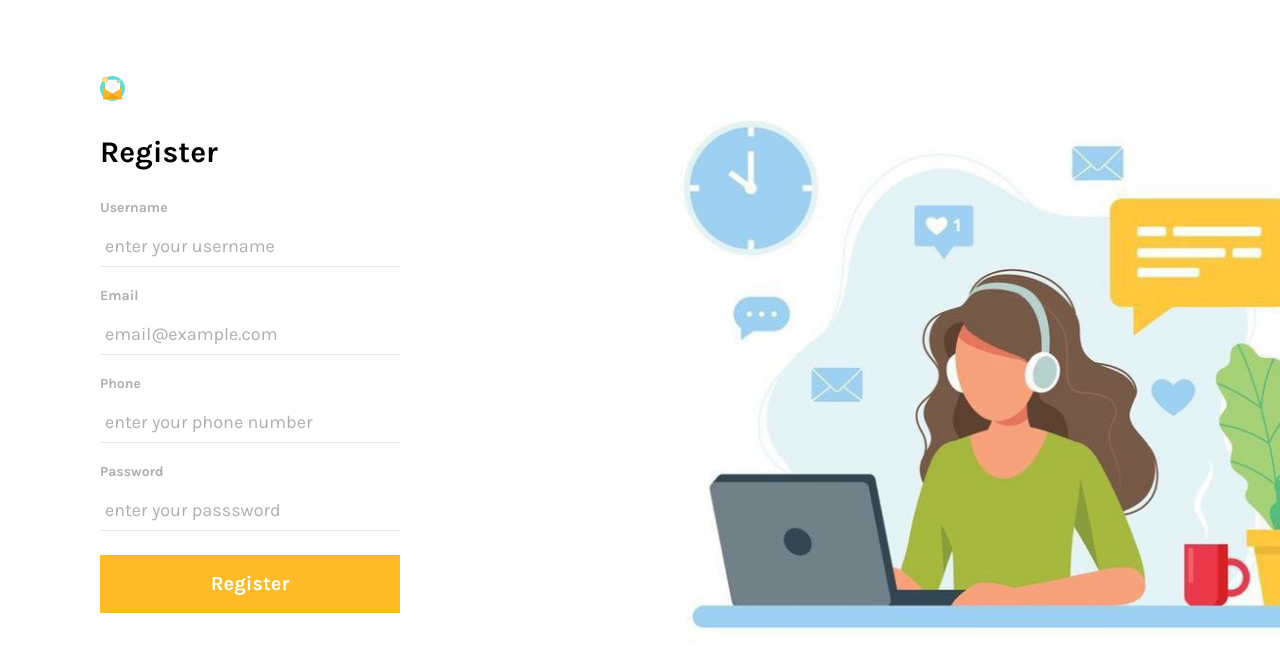
Repository: sara55m/Login
Page: http://localhost/register
These files come from the project's save history. The page is drawn as it stood at one moment and after the next save; the edit follows.
The browser window is 1280 px wide. The pictures show the whole page.
Some web libraries are served in a nearby version. The page is served by the project's Laravel application, run on PHP 8.4 with Laravel 10. Other server files are loaded and not shown.

Above is the page before, as saved 2024-03-18 08:09:55.

### routes/web.php
<?php

use Illuminate\Support\Facades\Route;
use App\Http\Controllers\RegisterController;
use App\Http\Controllers\LoginController;

/*
|--------------------------------------------------------------------------
| Web Routes
|--------------------------------------------------------------------------
|
| Here is where you can register web routes for your application. These
| routes are loaded by the RouteServiceProvider and all of them will
| be assigned to the "web" middleware group. Make something great!
|
*/

Route::get('/welcome', function () {
    return view('welcome');
});


Route::get('/register', [RegisterController::class,'create']);


Route::post('/register/store', [RegisterController::class,'store']);

Route::get('/login', [LoginController::class,'create']);

Route::post('/login/store', [LoginController::class,'store']);

### app/Http/Controllers/RegisterController.php
<?php

namespace App\Http\Controllers;

use Illuminate\Http\Request;
use App\Models\User;

class RegisterController extends Controller
{
    public function create(){
        return view('register');
    }
    public function store(Request $request){
        $input=$request->all();
        $validateData=$request->validate([
            'username'=>'required|max:255',
            'email'=>'required|unique:users,email|max:255',
            'phone'=>'required|max_digits:11',
            'password'=>'required'
        ]);

        User::create([

            'username'=>$request->username,
            'email'=>$request->email,
            'phone'=>$request->phone,
            'password'=>$request->password

        ]);
        session()->flash('Add','Your Account Was Successfully Created');


        return redirect('/register');


    }
}

### resources/views/register.blade.php
<!DOCTYPE html>
<html lang="en">
<head>
  <meta charset="UTF-8">
  <meta name="viewport" content="width=device-width, initial-scale=1.0">
  <meta http-equiv="X-UA-Compatible" content="ie=edge">
  <title>Register Page</title>
  <link href="https://fonts.googleapis.com/css?family=Karla:400,700&display=swap" rel="stylesheet">
  <link rel="stylesheet" href="https://cdn.materialdesignicons.com/4.8.95/css/materialdesignicons.min.css">
  <link rel="stylesheet" href="https://stackpath.bootstrapcdn.com/bootstrap/4.4.1/css/bootstrap.min.css">
  <link rel="stylesheet" href="assets/css/register.css">
</head>
<body>


              @if($errors->any())
              <div class="alert alert-danger">
                <ul>
                  @foreach ($errors->all() as $error )
                  <li>{{$error}}</li>
                  @endforeach
                </ul>
              </div>
              @endif

              @if(session()->has('Add'))
<div class="alert alert-success alert-dismissible fade show" role="alert">
	<strong>{{session()->get('Add')}}</strong>
	<button type="button" class="close" data-dismiss="alert" aria-label="Close">
		<span aria-hidden="true">&times;</span>
	</button>
</div>
@endif


<main>
  <div class="container-fluid">
    <div class="row">
      <div class="col-sm-6 login-section-wrapper">
        <div class="brand-wrapper">
          <img src="assets/images/email.svg" alt="logo" class="logo">
        </div>
        <div class="login-wrapper my-auto">
          <h1 class="login-title">Register</h1>
          <form action="/register/store" method="post">
            @csrf

            <div class="form-group">
              <label for="username">Username</label>
              <input type="text" name="username" id="username" class="form-control" placeholder="enter your username">
            </div>
            <div class="form-group">
              <label for="email">Email</label>
              <input type="email" name="email" id="email" class="form-control" placeholder="email@example.com">
            </div>

            <div class="form-group">
              <label for="phone">Phone</label>
              <input type="text" name="phone" id="phone" class="form-control" placeholder="enter your phone number">
            </div>
            <div class="form-group mb-4">
              <label for="password">Password</label>
              <input type="password" name="password" id="password" class="form-control" placeholder="enter your passsword">
            </div>
            <input name="register" id="register" class="btn btn-block login-btn" type="button" value="Register">
          </form>


        </div>
      </div>
      <div class="col-sm-6 px-0 d-none d-sm-block">
        <img src="assets/images/login2.jpg" alt="register image" class="login-img">
      </div>
    </div>
  </div>
</main>
<script src="https://code.jquery.com/jquery-3.4.1.min.js"></script>
<script src="https://cdn.jsdelivr.net/npm/popper.js@1.16.0/dist/umd/popper.min.js"></script>
<script src="https://stackpath.bootstrapcdn.com/bootstrap/4.4.1/js/bootstrap.min.js"></script>
</body>
</html>









              {{-- <form action="/register/store" method="post">
                @csrf
                <div class="form-group">
                    <label for="username" class="sr-only">Username</label>
                    <input type="text" name="username" id="username" class="form-control" placeholder="Username">

                  </div>
                  <div class="form-group">
                    <label for="email" class="sr-only">Email</label>
                    <input type="email" name="email" id="email" class="form-control" placeholder="Email address">
                  </div>

                  <div class="form-group">
                    <label for="phone" class="sr-only">Phone</label>
                    <input type="text" name="phone" id="phone" class="form-control" placeholder="Phone Number">
                  </div>
                  <div class="form-group mb-4">
                    <label for="password" class="sr-only">Password</label>
                    <input type="password" name="password" id="password" class="form-control" placeholder="***********">
                  </div>
                  <button type="submit" class="btn btn-primary" name="register">Register</button>
                </form>



                </nav>
                @endsection --}}

### public/assets/css/register.css
body {
  font-family: "Karla", sans-serif;
  background-color: #fff;
  min-height: 100vh; }

.brand-wrapper {
  padding-top: 7px;
  padding-bottom: 8px; }
  .brand-wrapper .logo {
    height: 25px; }

.login-section-wrapper {
  display: -webkit-box;
  display: flex;
  -webkit-box-orient: vertical;
  -webkit-box-direction: normal;
          flex-direction: column;
  padding: 68px 100px;
  background-color: #fff; }
  @media (max-width: 991px) {
    .login-section-wrapper {
      padding-left: 50px;
      padding-right: 50px; } }
  @media (max-width: 575px) {
    .login-section-wrapper {
      padding-top: 20px;
      padding-bottom: 20px;
      min-height: 100vh; } }

.login-wrapper {
  width: 300px;
  max-width: 100%;
  padding-top: 24px;
  padding-bottom: 24px; }
  @media (max-width: 575px) {
    .login-wrapper {
      width: 100%; } }
  .login-wrapper label {
    font-size: 14px;
    font-weight: bold;
    color: #b0adad; }
  .login-wrapper .form-control {
    border: none;
    border-bottom: 1px solid #e7e7e7;
    border-radius: 0;
    padding: 9px 5px;
    min-height: 40px;
    font-size: 18px;
    font-weight: normal; }
    .login-wrapper .form-control::-webkit-input-placeholder {
      color: #b0adad; }
    .login-wrapper .form-control::-moz-placeholder {
      color: #b0adad; }
    .login-wrapper .form-control:-ms-input-placeholder {
      color: #b0adad; }
    .login-wrapper .form-control::-ms-input-placeholder {
      color: #b0adad; }
    .login-wrapper .form-control::placeholder {
      color: #b0adad; }
  .login-wrapper .login-btn {
    padding: 13px 20px;
    background-color: #fdbb28;
    border-radius: 0;
    font-size: 20px;
    font-weight: bold;
    color: #fff;
    margin-bottom: 14px; }
    .login-wrapper .login-btn:hover {
      border: 1px solid #fdbb28;
      background-color: #fff;
      color: #fdbb28; }
  .login-wrapper a.forgot-password-link {
    color: #080808;
    font-size: 14px;
    text-decoration: underline;
    display: inline-block;
    margin-bottom: 54px; }
    @media (max-width: 575px) {
      .login-wrapper a.forgot-password-link {
        margin-bottom: 16px; } }
  .login-wrapper-footer-text {
    font-size: 16px;
    color: #000;
    margin-bottom: 0; }

.login-title {
  font-size: 30px;
  color: #000;
  font-weight: bold;
  margin-bottom: 25px; }

.login-img {
  width: 100%;
  height: 100vh;
  -o-object-fit: cover;
     object-fit: cover;
  -o-object-position: left;
     object-position: left; }

/*# sourceMappingURL=login.css.map */

### public/assets/images/email.svg
<?xml version="1.0" encoding="iso-8859-1"?>
<!-- Generator: Adobe Illustrator 19.0.0, SVG Export Plug-In . SVG Version: 6.00 Build 0)  -->
<svg version="1.1" id="Layer_1" xmlns="http://www.w3.org/2000/svg" xmlns:xlink="http://www.w3.org/1999/xlink" x="0px" y="0px"
	 viewBox="0 0 512 512" style="enable-background:new 0 0 512 512;" xml:space="preserve">
<path style="fill:#5DDDD3;" d="M255.999,0C397.385,0,512,114.613,512,256.001C512,397.385,397.385,512,255.999,512
	S0,397.385,0,256.001C0,114.613,114.615,0,255.999,0z"/>
<g>
	<path style="fill:#F5A209;" d="M450.359,244.56H61.643l194.358-114.723L450.359,244.56z"/>
	<path style="fill:#F5A209;" d="M61.641,244.56h388.716v229.45H61.641V244.56z"/>
</g>
<path style="fill:#FFFFFF;" d="M101.578,77.635h244.43l64.413,64.413v331.965H101.578V77.637V77.635z"/>
<path style="fill:#ECF0F1;" d="M148.146,162.641h215.701v4.864H148.146V162.641z M148.146,215.039L148.146,215.039h215.701v4.868
	H148.146V215.039z M148.146,224.064L148.146,224.064h215.701v4.866H148.146V224.064z M148.146,233.088L148.146,233.088h215.701
	v4.864H148.146V233.088z M148.146,242.113L148.146,242.113h215.712v4.864H148.146V242.113z M148.146,171.665L148.146,171.665
	h215.701v4.866H148.146V171.665z M148.146,180.69L148.146,180.69h215.701v4.866H148.146V180.69z M148.146,189.714L148.146,189.714
	h215.712v4.864H148.146V189.714z M148.144,198.739L148.144,198.739h165.225v4.864H148.144V198.739z M148.144,251.139
	L148.144,251.139h165.225v4.866H148.144V251.139z"/>
<path style="fill:#FFCA4F;" d="M346.01,77.635v64.413h64.413L346.01,77.635z"/>
<path style="fill:#B3B3B3;" d="M218.214,426.22h73.188v7.15h-73.188V426.22z"/>
<g>
	<path style="fill:#FBB429;" d="M61.641,244.56l194.358,114.723L61.641,474.01V244.56z"/>
	<path style="fill:#FBB429;" d="M450.359,244.56L256.001,359.283L450.359,474.01V244.56z"/>
</g>
<path style="fill:#F5A209;" d="M255.999,359.283L61.641,474.01h388.716L255.999,359.283z"/>
<path style="fill:#F7FAFA;" d="M410.42,206.456v-64.41h-64.41L410.42,206.456z"/>
<path style="fill:#FFCA4F;" d="M103.842,16.605c33.759,0,61.127,27.367,61.127,61.127s-27.369,61.127-61.127,61.127
	c-33.761,0-61.127-27.369-61.127-61.127C42.715,43.971,70.083,16.605,103.842,16.605z"/>
<g>
	<path style="fill:#FFFFFF;" d="M108.481,93.852c-1.905,2.207-4.039,3.98-6.412,5.318c-2.359,1.336-4.732,1.998-7.106,1.998
		c-2.615,0-5.153-0.765-7.631-2.282c-2.463-1.532-4.46-3.876-6.008-7.047c-1.548-3.168-2.313-6.654-2.313-10.44
		c0-4.67,1.202-9.342,3.59-14.029c2.388-4.67,5.36-8.184,8.908-10.544c3.545-2.344,7-3.515,10.334-3.515
		c2.553,0,4.987,0.659,7.313,1.998c2.315,1.338,4.313,3.38,5.98,6.099l1.548-6.835h7.84l-6.339,29.56
		c-0.889,4.116-1.323,6.383-1.323,6.817c0,0.798,0.3,1.488,0.902,2.059c0.602,0.571,1.336,0.855,2.176,0.855
		c1.561,0,3.605-0.886,6.129-2.674c3.349-2.344,6.008-5.483,7.962-9.432c1.951-3.936,2.926-7.99,2.926-12.182
		c0-4.897-1.261-9.463-3.768-13.699c-2.509-4.249-6.264-7.644-11.251-10.2c-4.97-2.538-10.484-3.814-16.508-3.814
		c-6.879,0-13.172,1.607-18.852,4.807c-5.693,3.215-10.109,7.812-13.231,13.805c-3.142,5.995-4.703,12.42-4.703,19.286
		c0,7.181,1.561,13.355,4.688,18.536c3.138,5.197,7.66,9.027,13.577,11.505c5.918,2.476,12.466,3.709,19.663,3.709
		c7.706,0,14.149-1.29,19.345-3.889c5.197-2.582,9.086-5.739,11.672-9.448h7.929c-1.501,3.08-4.07,6.233-7.704,9.432
		c-3.636,3.199-7.962,5.739-12.978,7.6c-5.018,1.863-11.071,2.794-18.131,2.794c-6.52,0-12.528-0.842-18.025-2.509
		c-5.512-1.667-10.197-4.176-14.074-7.523c-3.876-3.365-6.791-7.228-8.758-11.582c-2.463-5.541-3.695-11.52-3.695-17.934
		c0-7.135,1.473-13.952,4.403-20.426c3.587-7.931,8.681-14.014,15.275-18.236c6.595-4.22,14.585-6.324,23.989-6.324
		c7.285,0,13.833,1.486,19.632,4.46c5.799,2.974,10.38,7.404,13.714,13.293c2.855,5.062,4.282,10.577,4.282,16.523
		c0,8.502-2.99,16.043-8.967,22.635c-5.349,5.92-11.176,8.879-17.513,8.879c-2.031,0-3.651-0.317-4.897-0.933
		c-1.248-0.615-2.161-1.502-2.749-2.659C108.933,96.93,108.664,95.653,108.481,93.852z M87.123,81.954L87.123,81.954
		c0,4.026,0.961,7.148,2.871,9.373c1.905,2.238,4.086,3.349,6.562,3.349c1.638,0,3.365-0.498,5.197-1.473
		c1.817-0.992,3.561-2.447,5.214-4.385c1.665-1.938,3.018-4.401,4.07-7.375c1.065-2.974,1.592-5.962,1.592-8.965
		c0-3.982-0.992-7.091-2.974-9.285c-1.982-2.207-4.403-3.305-7.241-3.305c-1.876,0-3.651,0.481-5.318,1.427
		c-1.654,0.961-3.259,2.494-4.82,4.61c-1.548,2.103-2.809,4.67-3.742,7.706c-0.946,3.018-1.411,5.797-1.411,8.321V81.954z"/>
	<path style="fill:#FFFFFF;" d="M473.318,59.119l18.644,16.812l1.707,1.539l-1.707,1.537l-18.644,16.812l-2.767-3.074l14.638-13.203
		h-68.45v-4.145h68.45l-14.638-13.203l2.767-3.074V59.119z"/>
	<path style="fill:#FFFFFF;" d="M405.645,70.798l-18.642,16.814l-1.707,1.537l1.707,1.539l18.642,16.814l2.767-3.076l-14.638-13.203
		h68.45v-4.143h-68.45l14.638-13.205l-2.767-3.076V70.798z"/>
</g>
<g>
</g>
<g>
</g>
<g>
</g>
<g>
</g>
<g>
</g>
<g>
</g>
<g>
</g>
<g>
</g>
<g>
</g>
<g>
</g>
<g>
</g>
<g>
</g>
<g>
</g>
<g>
</g>
<g>
</g>
</svg>

Loaded but not shown: app/Http/Controllers/Controller.php (common file)

After the next save:
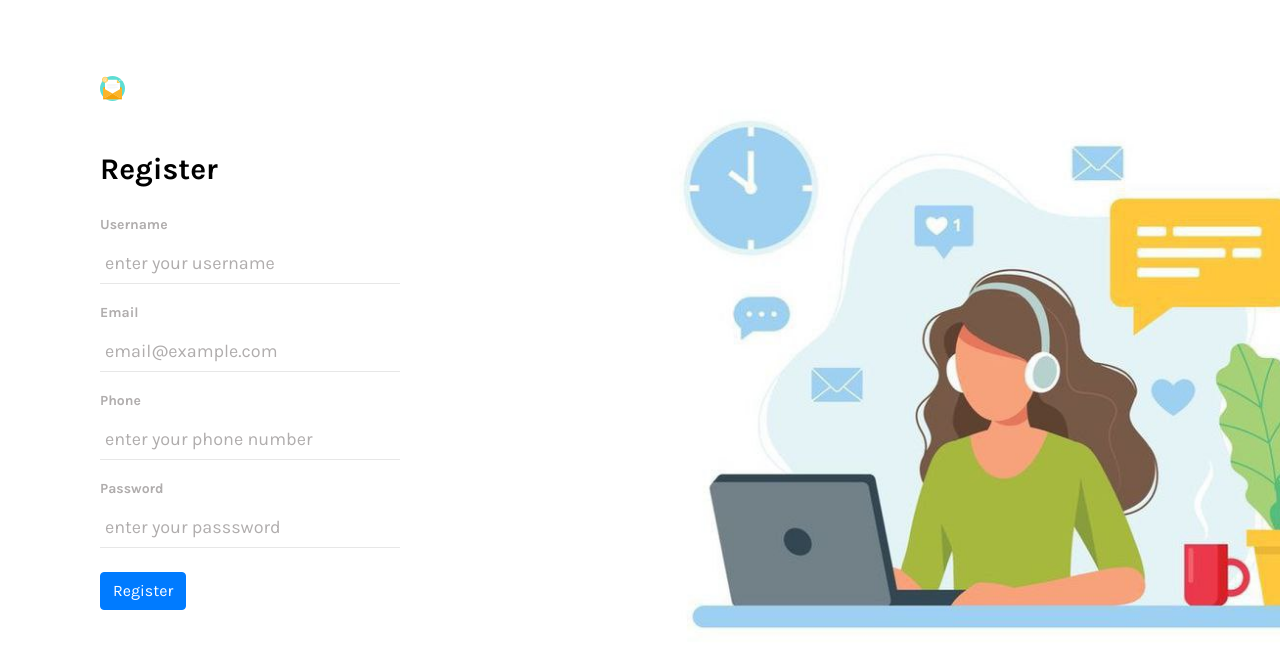
Saved 2 min 0 s later.
--- a/resources/views/register.blade.php
+++ b/resources/views/register.blade.php
@@ -62,7 +62,7 @@
               <label for="password">Password</label>
               <input type="password" name="password" id="password" class="form-control" placeholder="enter your passsword">
             </div>
-            <input name="register" id="register" class="btn btn-block login-btn" type="button" value="Register">
+            <button type="submit" class="btn btn-primary" name="register">Register</button>
           </form>
 
 

After the save that followed:
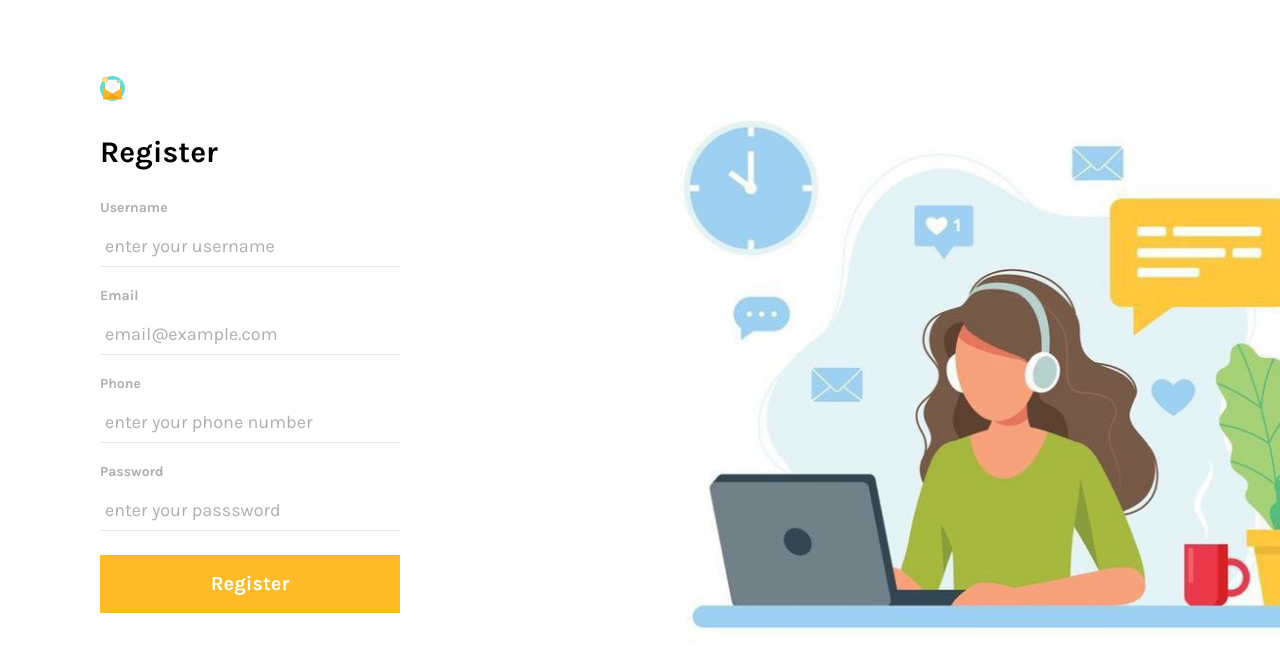
Saved 46 s later.
--- a/resources/views/register.blade.php
+++ b/resources/views/register.blade.php
@@ -62,7 +62,8 @@
               <label for="password">Password</label>
               <input type="password" name="password" id="password" class="form-control" placeholder="enter your passsword">
             </div>
-            <button type="submit" class="btn btn-primary" name="register">Register</button>
+            <button type="submit" class="btn btn-block login-btn" name="register">Register</button>
+
           </form>
 
 
